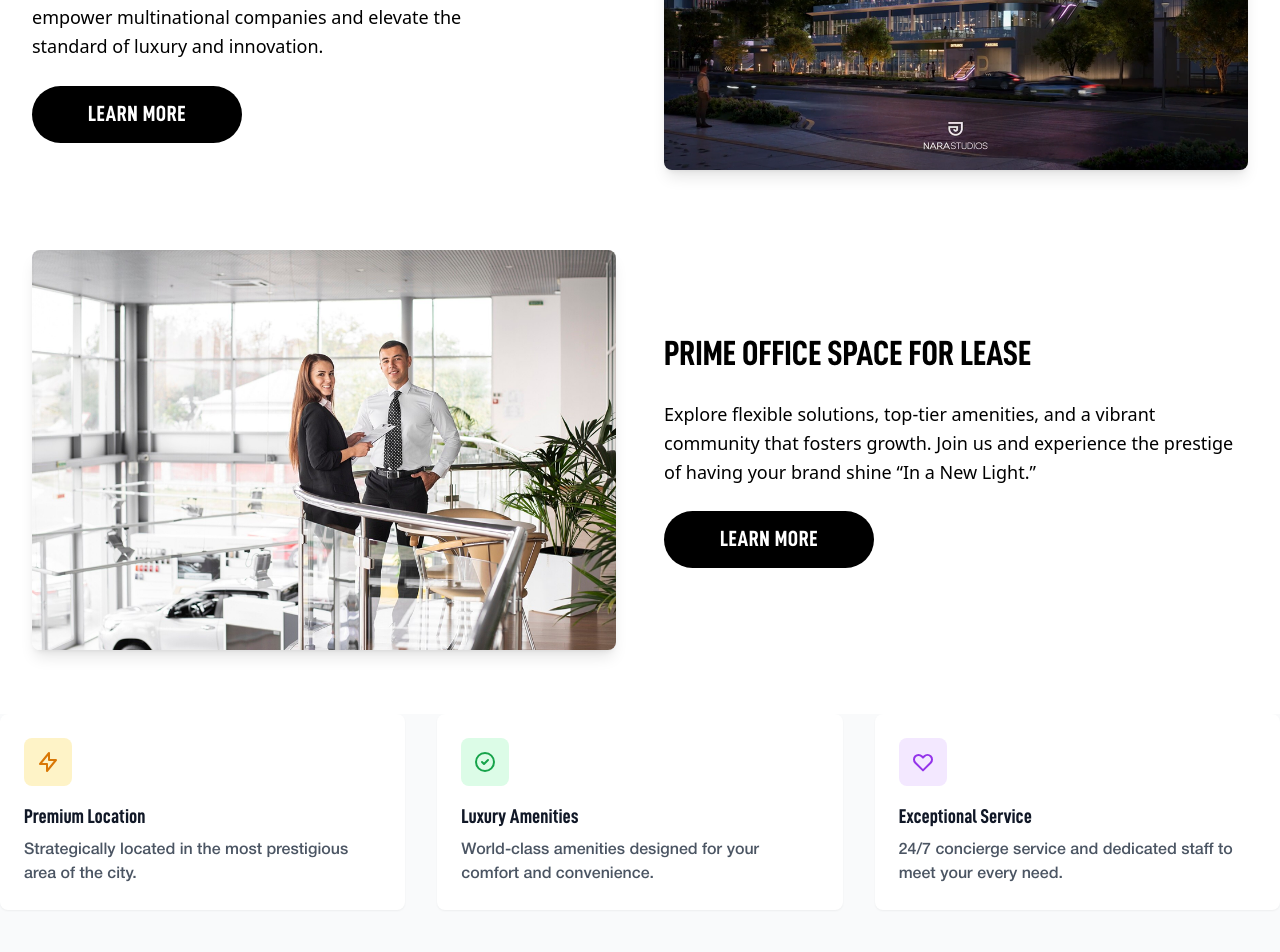
Repository: ahmedassr5765/dune
Page: index.html
These files come from the project's save history. The page is drawn as it stood at one moment and after the next save; the edit follows.
The browser window is 1280 px wide. The pictures show the part of the page from y = 1441 to 2393 px (the page is 2503 px tall before and 2453 px after).
Some web libraries are served in a nearby version.

Above is the page before, as saved 2025-07-12 18:32:57.

After the next save:
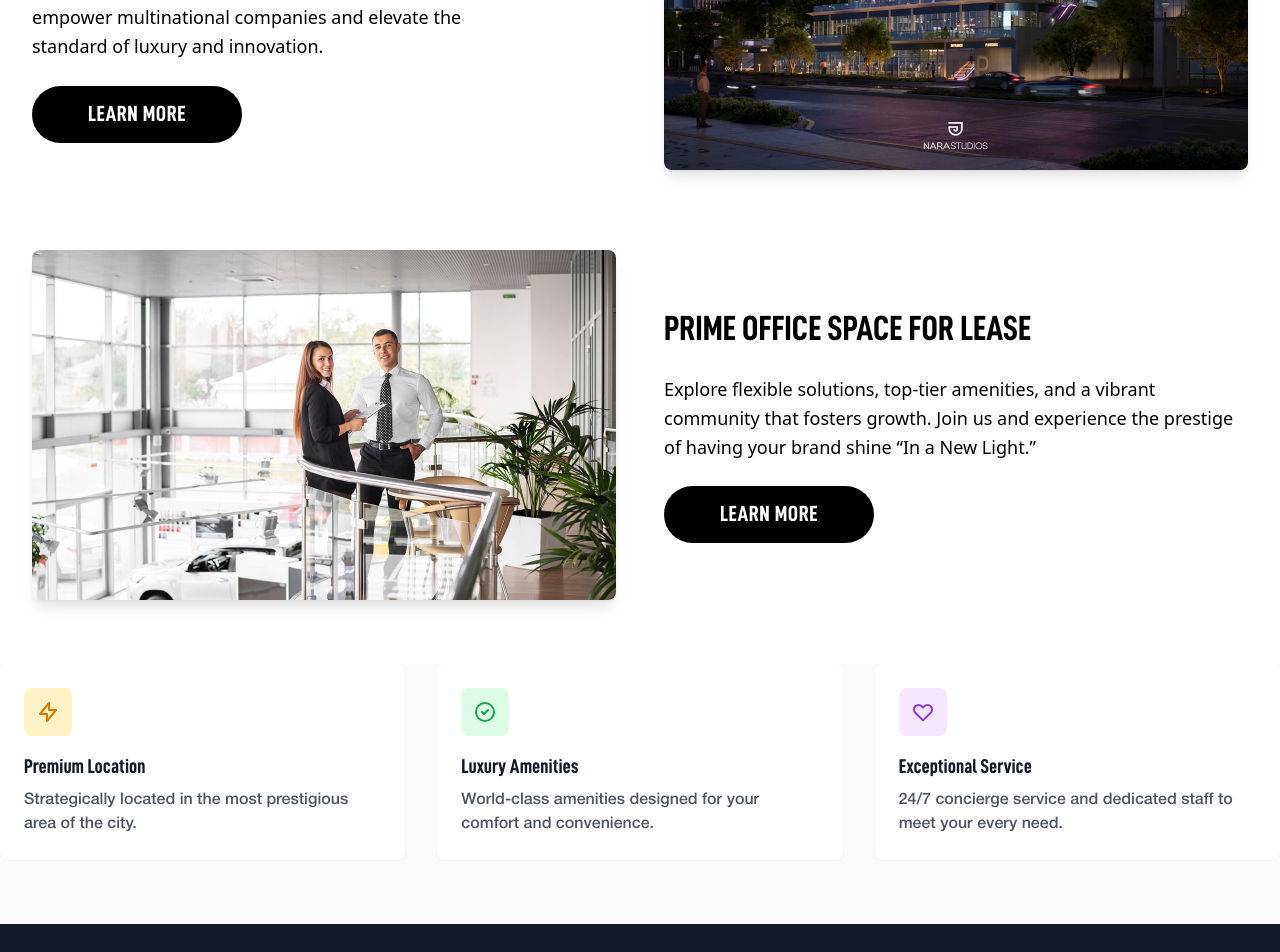
Saved 9 s later.
--- a/index.html
+++ b/index.html
@@ -219,7 +219,7 @@
             <div class="grid md:grid-cols-2 gap-12 items-center">
                 <!-- Image -->
                 <div class="relative order-2 md:order-1">
-                    <img src="/images/office.png" alt="Office Interior" class="w-full h-[400px] object-cover rounded-lg shadow-lg">
+                    <img src="/images/office.png" alt="Office Interior" class="w-[600px] h-[350px] object-cover rounded-lg shadow-lg">
                 </div>
 
                 <!-- Text Content -->
